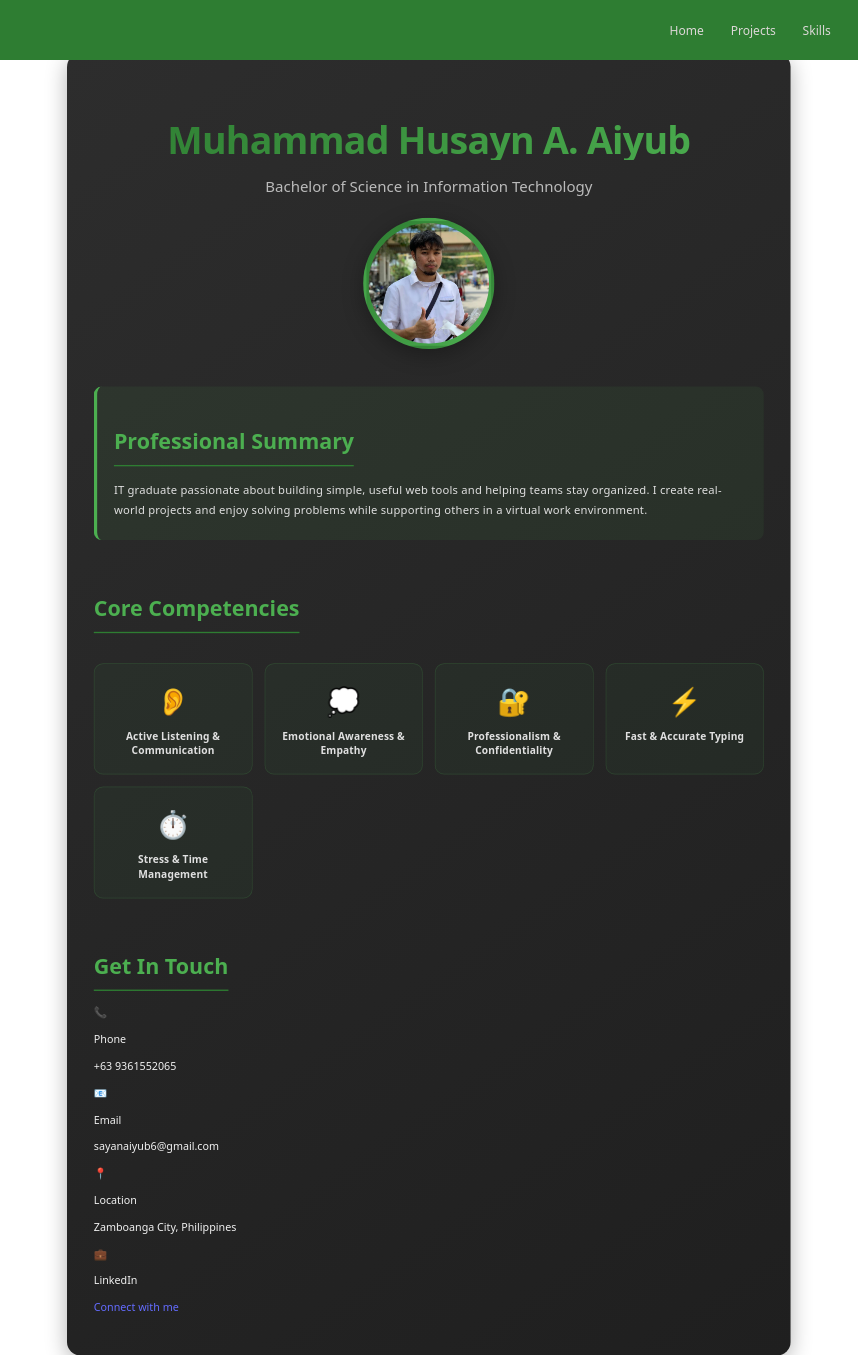
Repository: SAYANA11/portfolio
Page: /
These files come from the project's save history. The page is drawn as it stood at one moment and after the next save; the edit follows.
The browser window is 1280 px wide. The pictures show the whole page, at 67% of full size.
The project was rebuilt for these pictures with package versions that can differ from the ones it lists, and the page was loaded fresh each time. Also part of the build but not shown: vite.config.js, src/components/Projects.css, src/components/Projects.jsx, src/components/Skills.css, src/components/Skills.jsx.

Above is the page before, as saved 2026-02-16 20:41:42.

After the next save:
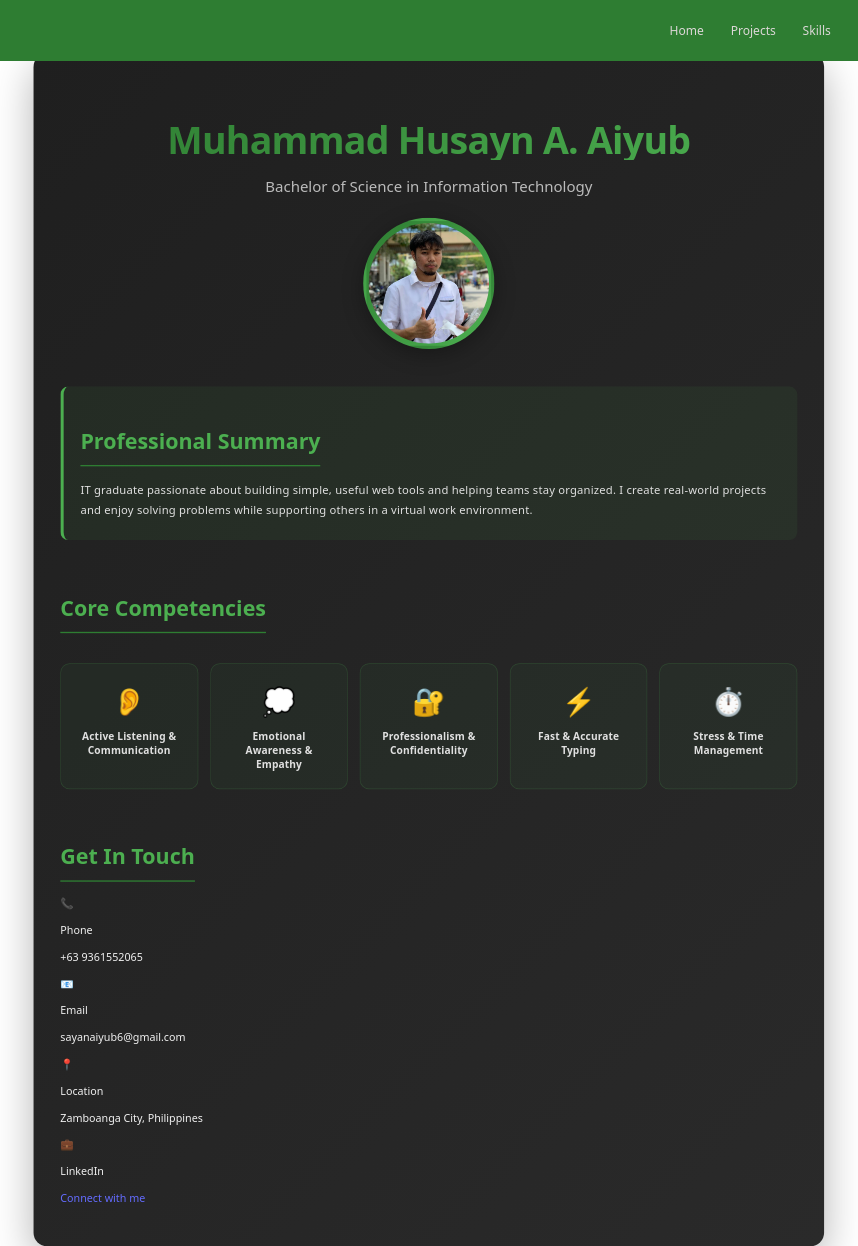
Saved 5 s later.
--- a/src/components/Hero.css
+++ b/src/components/Hero.css
@@ -23,11 +23,11 @@
 /* Hero Container */
 .hero-container {
   padding: 60px 40px;
-  max-width: 1000px;
+  max-width: 1100px;
   margin: 80px auto;
   border-radius: 20px;
-  background: var(--gradient-card);
-  box-shadow: 0 8px 32px var(--shadow-medium);
+  background: linear-gradient(135deg, #1f1f1f 0%, #2a2a2a 100%);
+  box-shadow: 0 20px 60px rgba(0, 0, 0, 0.3);
   color: var(--text-light);
   position: relative;
   overflow: hidden;
